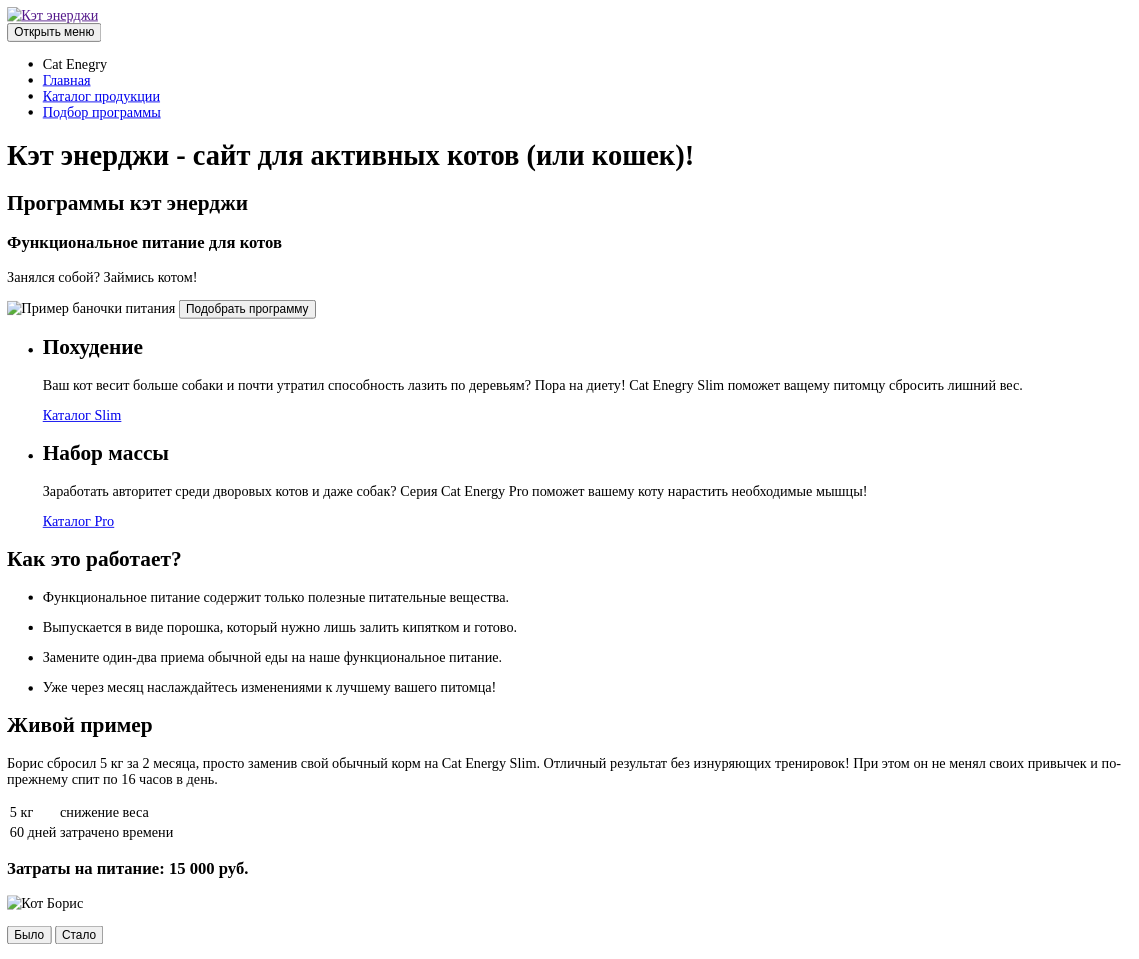
Repository: infernotw/1054987-cat-energy-17
Page: source/index.html
These files come from the project's save history. The page is drawn as it stood at one moment and after the next save; the edit follows.
The browser window is 1280 px wide. The pictures show the whole page, at 89% of full size.

Above is the page before, as saved 2019-07-17 04:45:12.

### source/index.html
<!DOCTYPE html>
<html lang="ru">

<head>
  <meta charset="utf-8">
  <title>HTML Academy: Кэт энерджи</title>
</head>

<body>

  <header class="page-header">
    <a href="" class="page-header__logo">
      <img src="#" alt="Кэт энерджи" width="" height="" class="page-header__logo-image">
    </a>
    <nav class="main-nav">
      <button class="main-nav__toggle" type="button">Открыть меню</button>
      <div class="main-nav__wrapper">
        <ul class="main-nav__list site-list">
          <li class="site-list__item">
            <a class="site-list__item site-list__item--active">Cat Enegry</a>
          </li>
          <li class="site-list__item">
            <a href="#">Главная</a>
          </li>
          <li class="site-list__item">
            <a href="catalog.html">Каталог продукции</a>
          </li>
          <li class="site-list__item">
            <a href="form.html">Подбор программы</a>
          </li>
        </ul>
      </div>
    </nav>
  </header>

  <main class="page-main">
    <h1 class="visually-hidden">Кэт энерджи - сайт для активных котов (или кошек)!</h1>
    <section class="program">
      <header class="program__header">
        <h2 class="visually-hidden">Программы кэт энерджи</h2>
        <h3 class="program__about">Функциональное питание для котов</h3>
        <p class="program__info">Занялся собой? Займись котом!</p>
        <img src="#" alt="Пример баночки питания">
        <button class="program__button" type="button">Подобрать программу</button>
      </header>
      <div class="program__wrapper">
        <ul class="program__list">
          <li class="program__item program__item--slim">
            <h2 class="program__title">Похудение</h2>
            <p class="program__description">Ваш кот весит больше собаки и почти утратил способность лазить по деревьям?
              Пора на диету! Cat Enegry Slim поможет ващему питомцу сбросить лишний вес.</p>
            <a class="program__button" href="#">Каталог Slim</a>
          </li>
          <li class="program__item program__item--pro">
            <h2 class="program__title">Набор массы</h2>
            <p class="program__description">Заработать авторитет среди дворовых котов и даже собак? Серия Cat Energy Pro
              поможет вашему коту нарастить необходимые мышцы!</p>
            <a class="program__button" href="#">Каталог Pro</a>
          </li>
        </ul>
      </div>
    </section>
    <section class="how-it-works">
      <div class="how-it-works__wrapper">
        <h2 class="how-it-works__title">Как это работает?</h2>
        <ul class="how-it-works__list">
          <li class="how-it-works__item how-it-works__item--food">
            <p class="how-it-works__description">Функциональное питание содержит только полезные питательные вещества.
            </p>
          </li>
          <li class="how-it-works__item how-it-works__item--water">
            <p class="how-it-works__description">Выпускается в виде порошка, который нужно лишь залить кипятком и
              готово.</p>
          </li>
          <li class="how-it-works__item how-it-works__item--change">
            <p class="how-it-works__description">Замените один-два приема обычной еды на наше функциональное питание.
            </p>
          </li>
          <li class="how-it-works__item how-it-works__item--time">
            <p class="how-it-works__description">Уже через месяц наслаждайтесь изменениями к лучшему вашего питомца!</p>
          </li>
        </ul>
      </div>
    </section>
    <section class="example">
      <div class="example__wrapper slider">
        <h2 class="example__title">Живой пример</h2>
        <p class="example__description">Борис сбросил 5 кг за 2 месяца, просто заменив свой обычный корм на Cat Energy
          Slim. Отличный результат без изнуряющих тренировок! При этом он не менял своих привычек и по-прежнему спит по
          16 часов в день.</p>
        <table class="example__achive">
          <tr>
            <td class="example__value">5 кг</td>
            <td class="example__field">снижение веса</td>
          </tr>
          <tr>
            <td class="example__value">60 дней</td>
            <td class="example__field">затрачено времени</td>
          </tr>
        </table>
        <h3 class="example__spending">Затраты на питание: 15 000 руб.</h3>
        <img src="#" alt="Кот Борис">
        <p class="example__toggles slider__toggles">
          <button class="slider__toggle" type="button">Было</button>
          <button class="slider__toggle" type="button">Стало</button>
        </p>
      </div>
    </section>
  </main>

  <footer class="page-footer">
    <div class="page-footer__contacts contacts">


    </div>
  </footer>

</body>

</html>

After the next save:
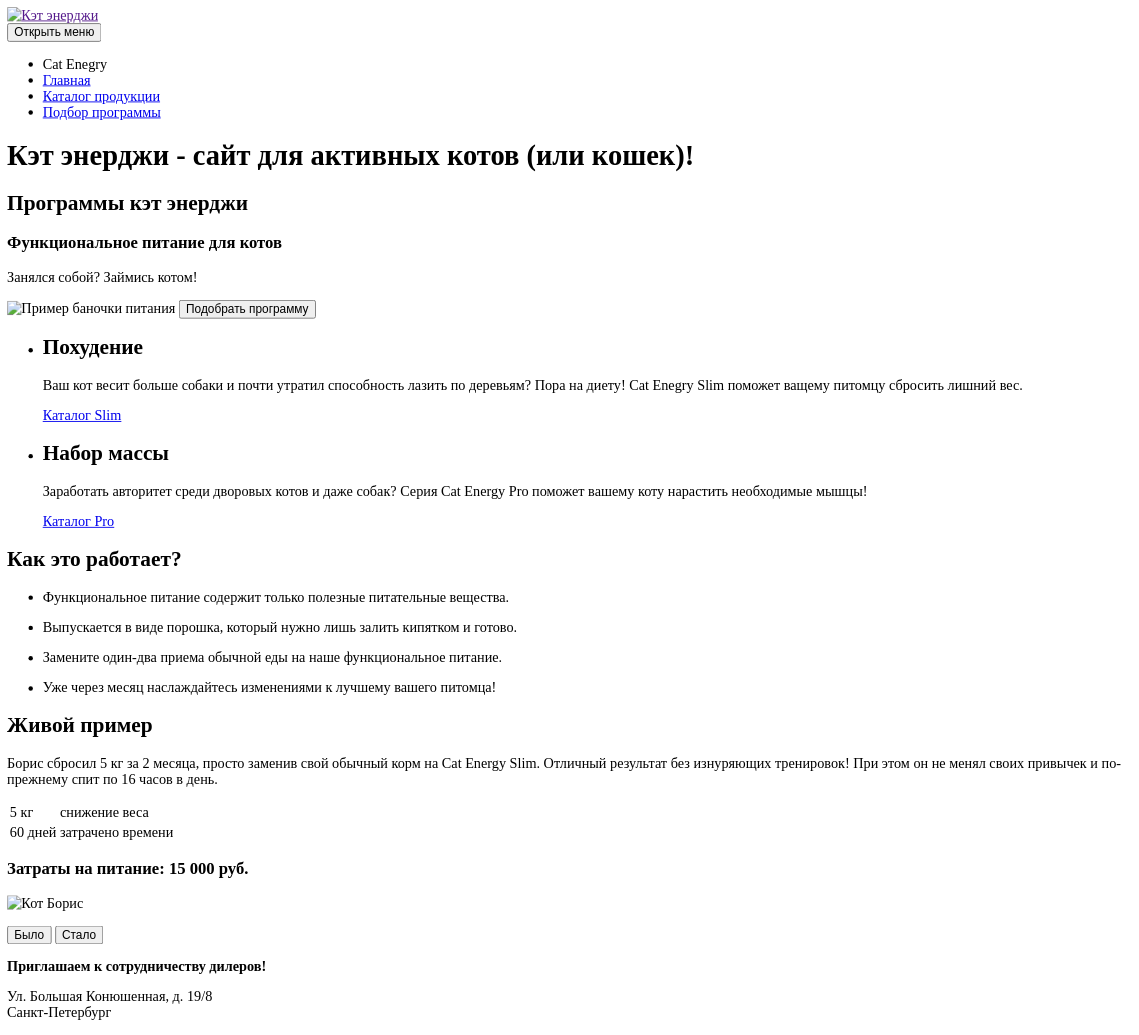
Saved 2 min 11 s later.
--- a/source/index.html
+++ b/source/index.html
@@ -110,6 +110,8 @@
 
   <footer class="page-footer">
     <div class="page-footer__contacts contacts">
+      <b class="contacts__title">Приглашаем к сотрудничеству дилеров!</b>
+      <p class="contacts__text">Ул. Большая Конюшенная, д. 19/8<br>Санкт-Петербург</p>
 
 
     </div>
